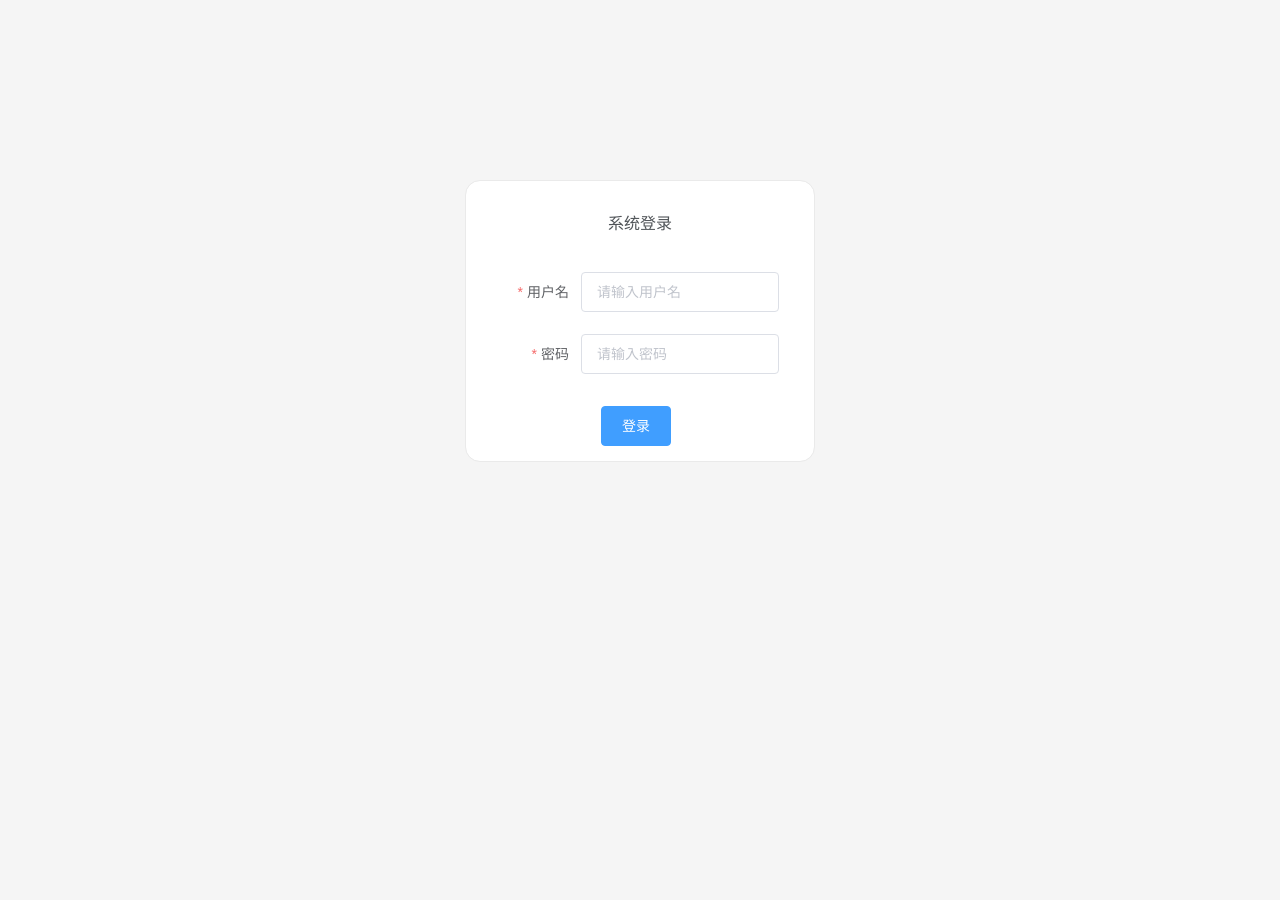
Repository: erwtt/git-demo
Page: /login (app in 后台管理系统/)
The author's editor kept a copy of each file at every save. The page is drawn from the files as they stood at one save, then again after the next save.
The browser window is 1280 px wide. The pictures show the whole page.
The project was rebuilt for these pictures with package versions that can differ from the ones it lists, and the page was loaded fresh each time. Also part of the build but not shown: 后台管理系统/vue.config.js, 后台管理系统/src/components/CommonAside.vue, 后台管理系统/src/components/CommonHeader.vue, 后台管理系统/src/components/CommonTag.vue, 后台管理系统/src/views/main.vue.

Above is the page before, as saved 2022-05-19 21:06:30.

After the next save:
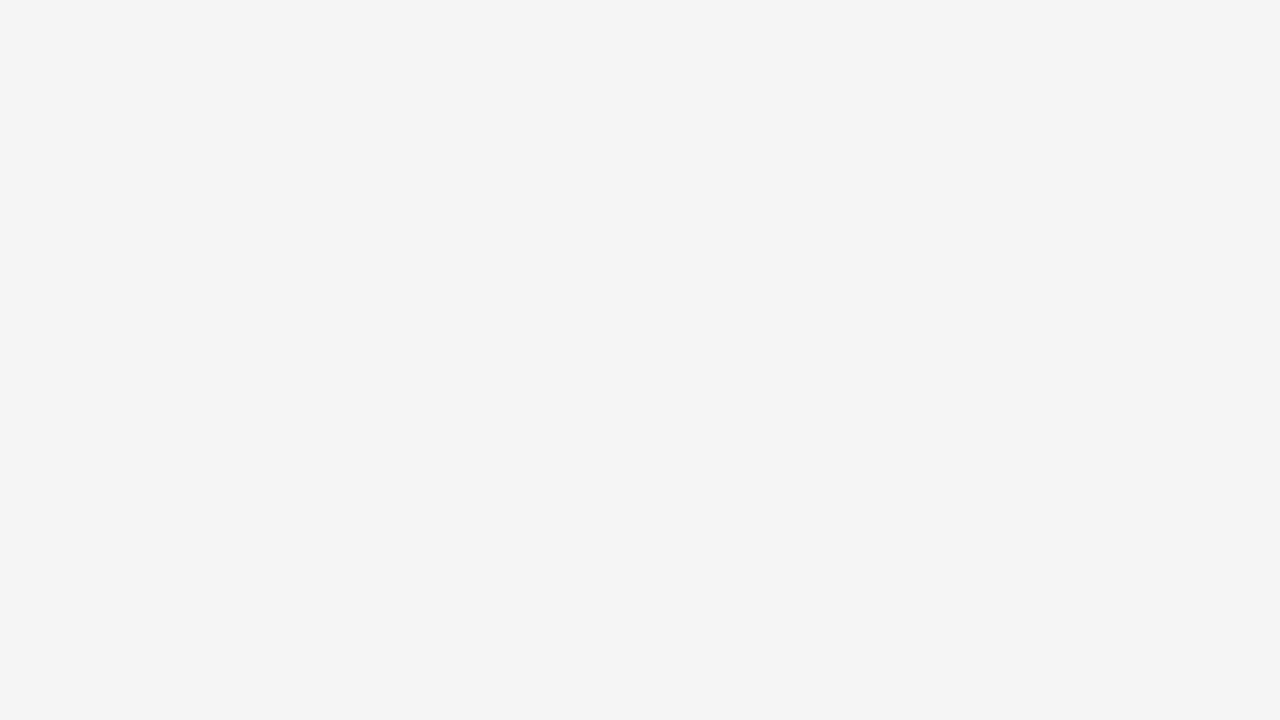
Saved 8 min 16 s later.
--- a/后台管理系统/src/main.js
+++ b/后台管理系统/src/main.js
@@ -19,6 +19,18 @@ Vue.use(ElementUI)
 // Vue.use(Aside)
 Vue.prototype.$http = http
 
+router.beforeEach((to,from,next)=>{
+    store.commit('getToken')
+    const token = store.state.user.token
+    if(!token && to.name !== 'login'){
+        next({name:'login'})
+    }
+    else{
+        next()
+    }
+}
+)
+
 new Vue({
   router,
   store,

After the 5 saves that followed:
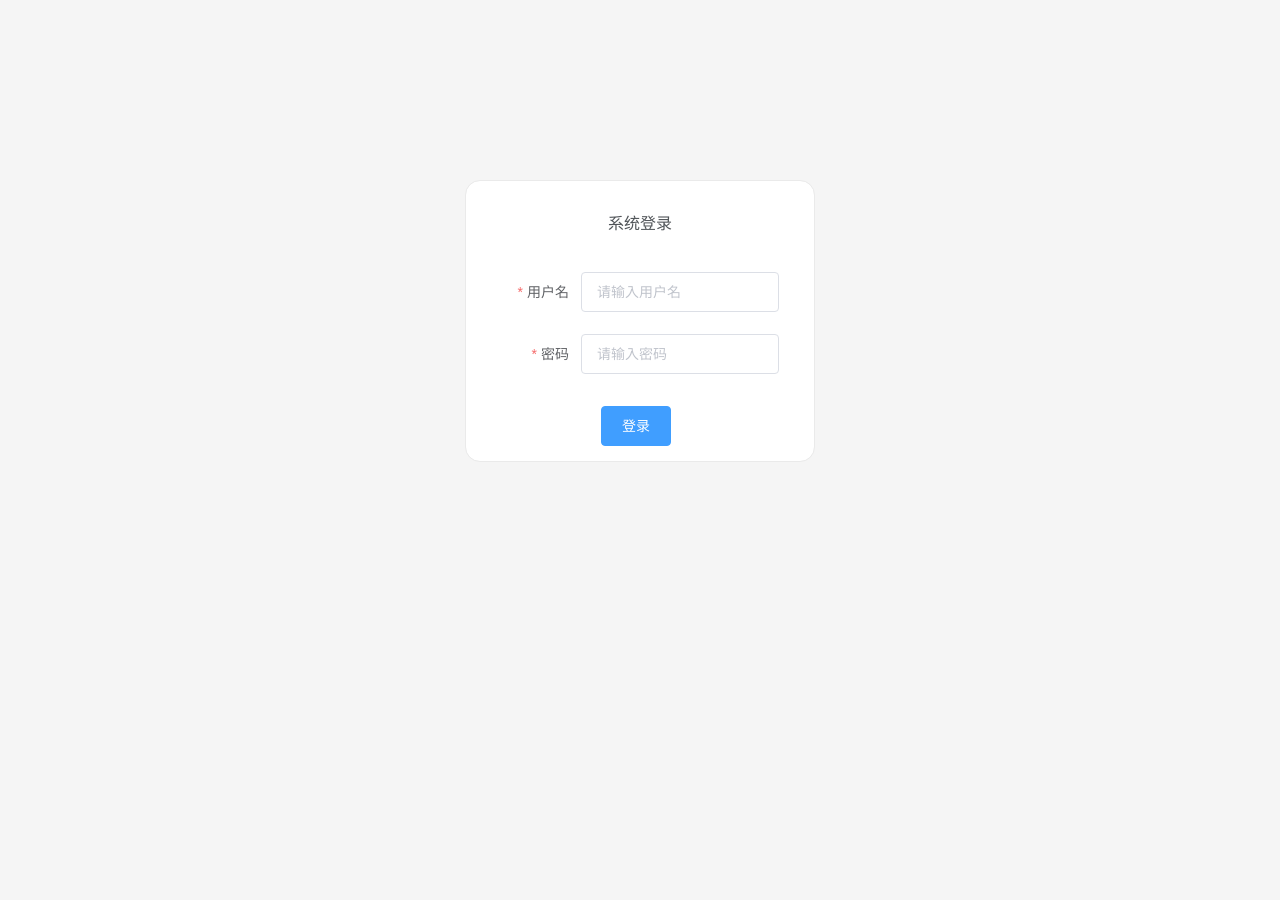
The 5 saves are shown as one change because 1 did not build or start and 3 left the picture as it was.
The last was saved 7 min 1 s later.
--- a/后台管理系统/src/store/index.js
+++ b/后台管理系统/src/store/index.js
@@ -1,11 +1,13 @@
 import Vue from 'vue'
 import Vuex from 'vuex'
 import tab from './tab'
+import user from './user'
 Vue.use(Vuex)
 
 
 export default new Vuex.Store({
     modules:{
-        tab
+        tab,
+        user
     }
 })
--- a/后台管理系统/src/views/login/login.vue
+++ b/后台管理系统/src/views/login/login.vue
@@ -69,7 +69,9 @@ export default {
     },
     methods:{
         login(){
-
+            const token = mock.random.guid()
+            this.$store.commit('user/setToken',token)
+            this.$router.push({name:'home'})
         }
     }
 }
--- a/后台管理系统/src/store/user.js
+++ b/后台管理系统/src/store/user.js
@@ -1,6 +1,7 @@
 import Cookie from 'js-cookie'
 
 export default{
+    namespaced:true,
     state:{
         token:''
     },
